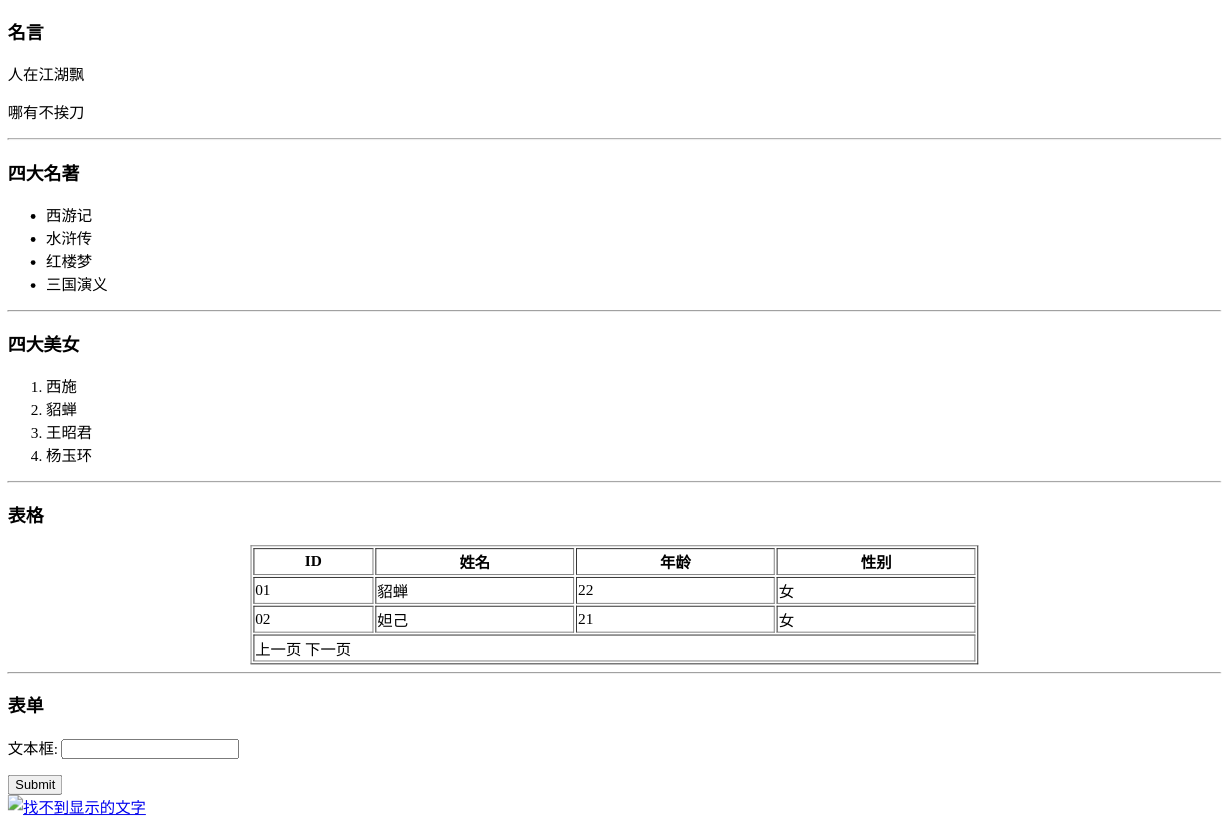
Repository: qyl1006/JavaApps
Page: workspace/html/WebContent/hello/practice.html
An editor plug-in stored every save of this project. The page is shown before and after the next save, followed by the edit.
The browser window is 1280 px wide. The pictures show the whole page, at 96% of full size.

Above is the page before, as saved 2018-02-27 05:22:23.

After the next save:
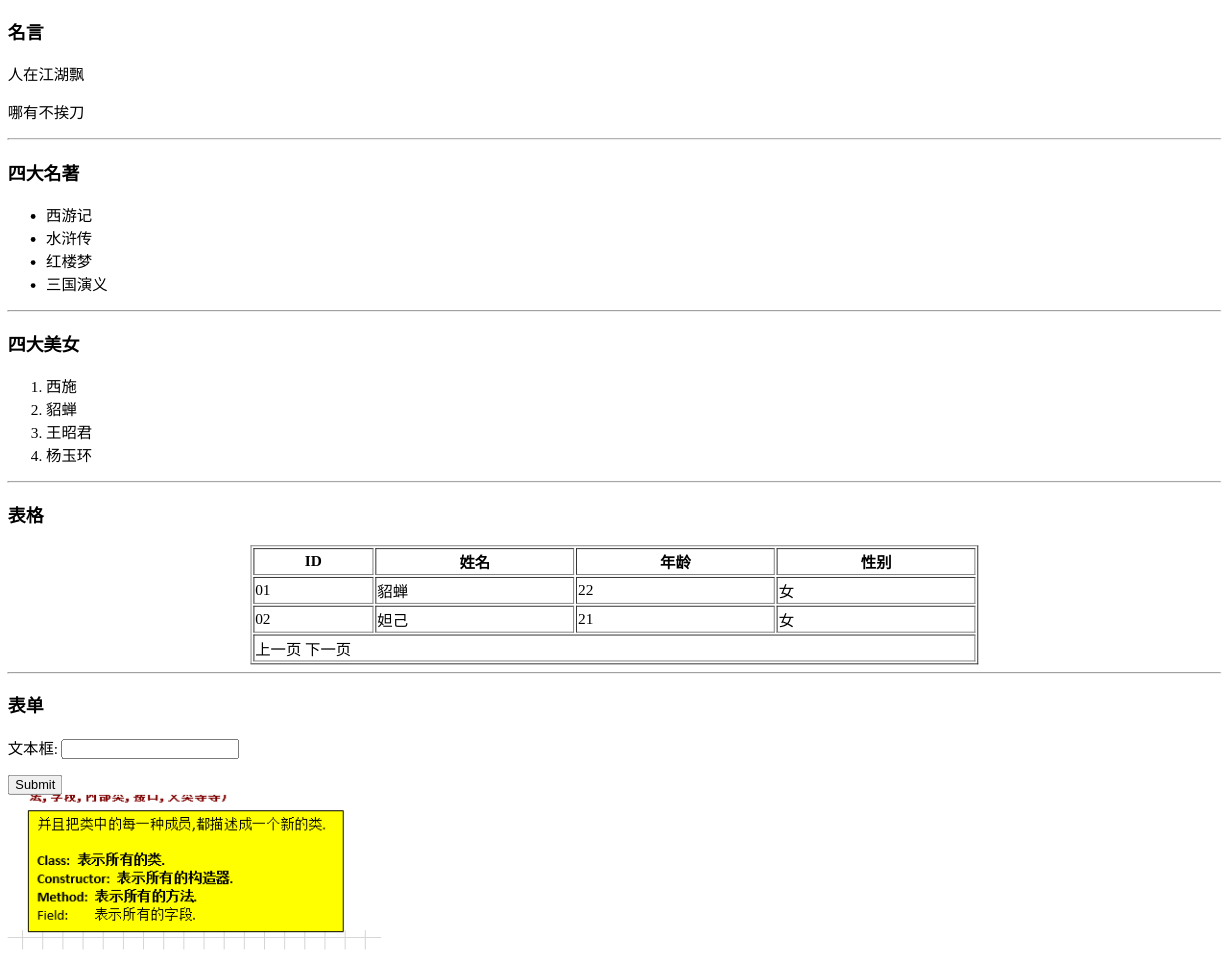
Saved 16 s later.
--- a/workspace/html/WebContent/hello/practice.html
+++ b/workspace/html/WebContent/hello/practice.html
@@ -67,7 +67,7 @@
 	</form>
 
 	<a href="input02.html">
-		<img alt="找不到显示的文字" src="">
+		<img alt="找不到显示的文字" src="Class.PNG">
 	</a>
 </body>
 </html>
